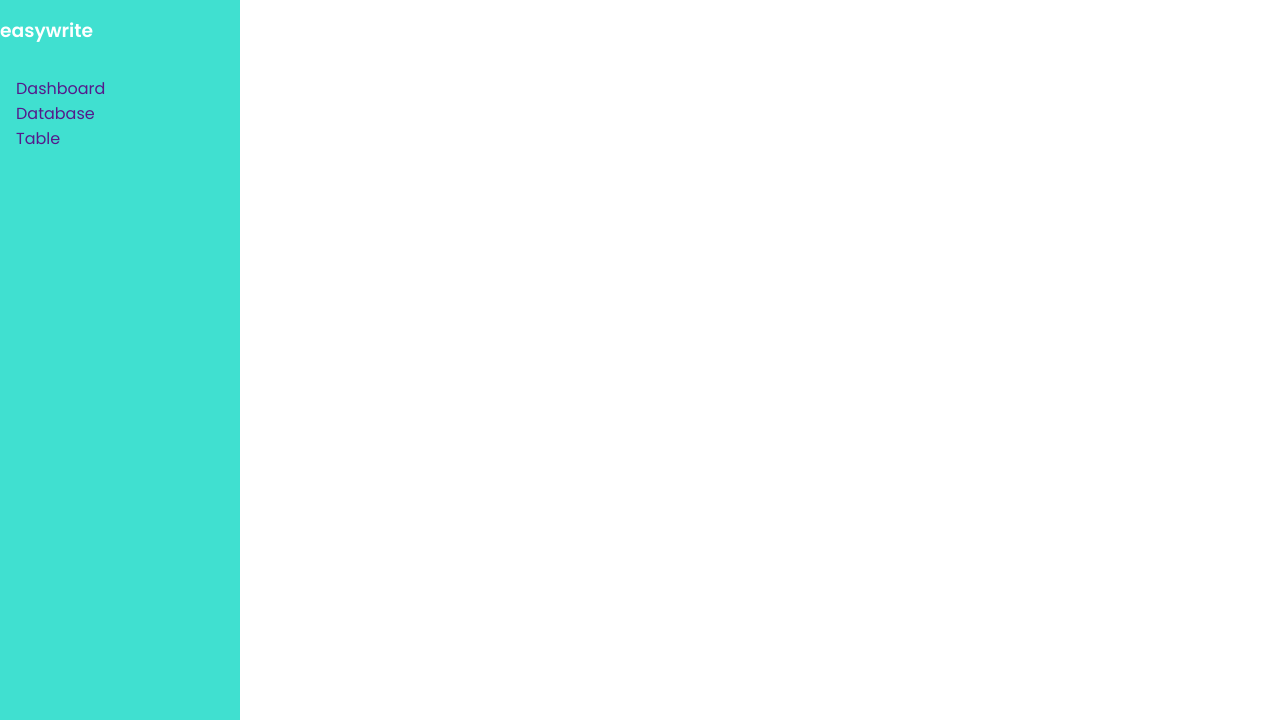
Repository: ngan429/CRUD_14
Page: http://localhost/crudweb/
An editor plug-in stored every save of this project. The page is shown before and after the next save, followed by the edit.
The browser window is 1280 px wide. The pictures show the whole page.
Some icons come from a web library that is not loaded, so they are not drawn. The page is served by Tomcat 9.

Above is the page before, as saved 2022-06-03 20:27:45.

After the next save:
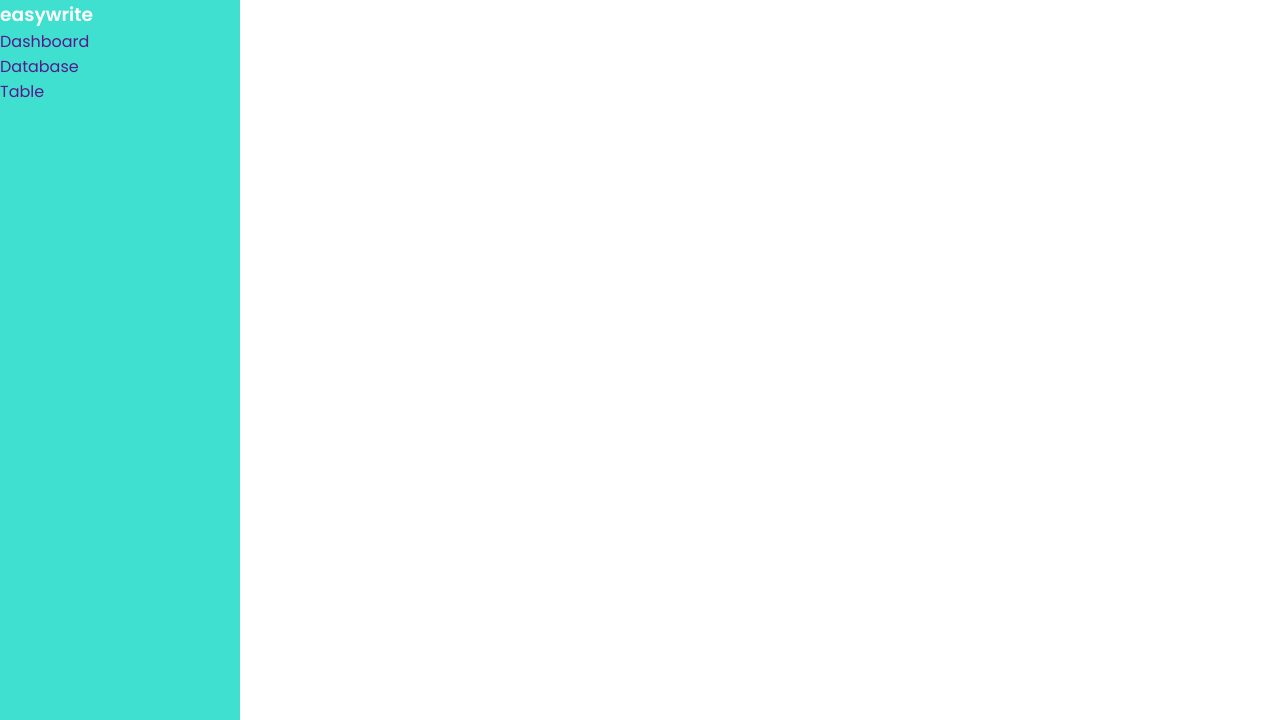
Saved 119 s later.
--- a/crudweb/crudweb/WebContent/index.jsp
+++ b/crudweb/crudweb/WebContent/index.jsp
@@ -30,28 +30,7 @@
 	color: #fff;
 
 }
-.slidebar-header{
-	display: flex;
-	justify-content: space-between;
-	align-items: center;
-	height: 60px;
-	padding: 0rem 1 rem;
-}
-.sidebar-menu{
-	padding: 1rem;
-}
-.slidebar li{
-	margin-bottom: 1rem;
-}
-.slidebar a{
-	color: #fff;
-}
-.slidebar a span:first-child {
-	padding-right: 0rem 1rem;
-}
-.ti-menu-alt{
-color: white;
-}
+
 </style>
 </head>
 <body>
